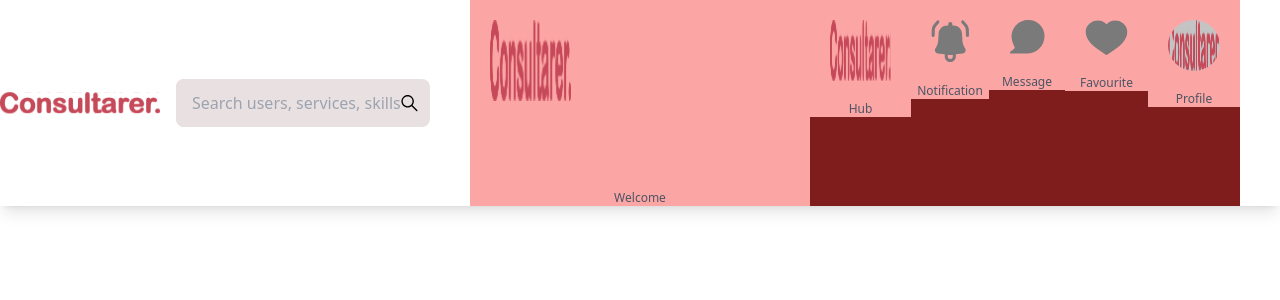
Repository: hisreal123/Consultarer
Page: /
These files come from the project's save history. The page is drawn as it stood at one moment and after the next save; the edit follows.
The browser window is 1280 px wide. The pictures show the whole page.
The project was rebuilt for these pictures with package versions that can differ from the ones it lists, and the page was loaded fresh each time. The framework's server and built-in components were replaced by stand-ins that run in the browser. Also part of the build but not shown: next.config.js, webpack.config.js.

Above is the page before, as saved 2022-04-19 16:48:24.

After the next save:
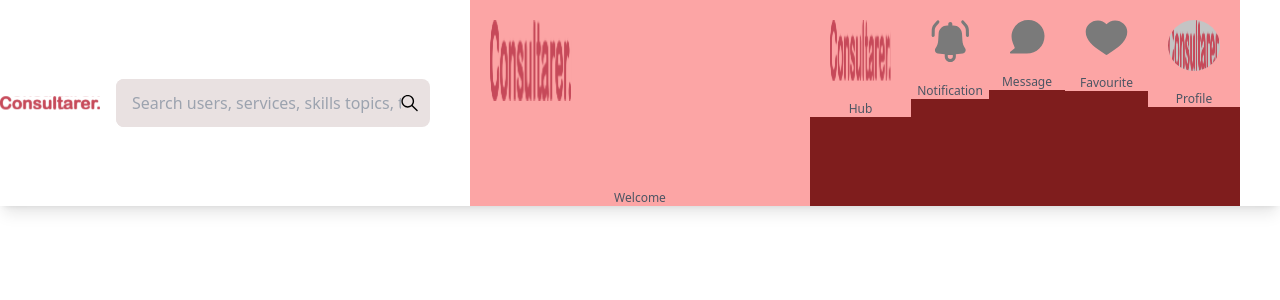
Saved 16 s later.
--- a/components/TopNav/TopNav.js
+++ b/components/TopNav/TopNav.js
@@ -21,7 +21,7 @@
     <div className=" shadow-lg">
       <div className=" relative container mx-auto flex items-center w-screen justify-between">
         <div className="logo relative  ">
-          <Logo className="text-9xl fit  h-10 w-40 " />
+          <Logo className="text-9xl fit  h-10 w-30 " />
         </div>
 
         {/* Search Comonent */}
